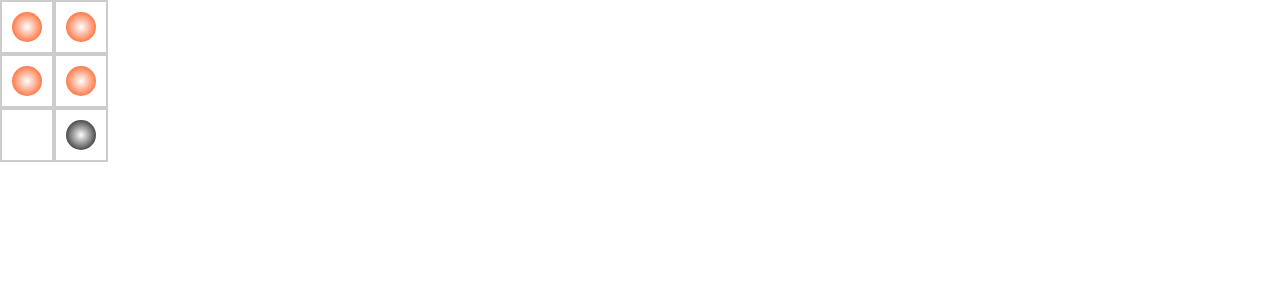
Repository: Gstring-w/TypeScript-React-ThreeWordGame
Page: / (app in my-app/)
The author's editor kept a copy of each file at every save. The page is drawn from the files as they stood at one save, then again after the next save.
The browser window is 1280 px wide. The pictures show the whole page.
The project was rebuilt for these pictures with package versions that can differ from the ones it lists, and the page was loaded fresh each time.

Above is the page before, as saved 2019-07-01 14:59:15.

After the next save:
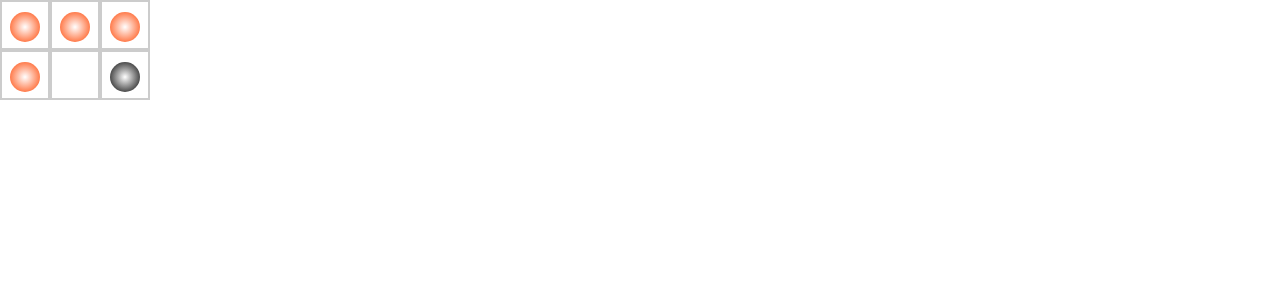
Saved 25 s later.
--- a/my-app/src/components/Chess.css
+++ b/my-app/src/components/Chess.css
@@ -2,6 +2,7 @@
   width: 50px;
   height: 50px;
   border: 2px solid #ccc;
+  box-sizing: border-box;
 }
 
 .red,
@@ -11,7 +12,6 @@
   border-radius: 50%;
   background: radial-gradient(#fff, #f40);
   margin: 10px auto;
-  box-sizing: border-box;
 }
 
 .black {
